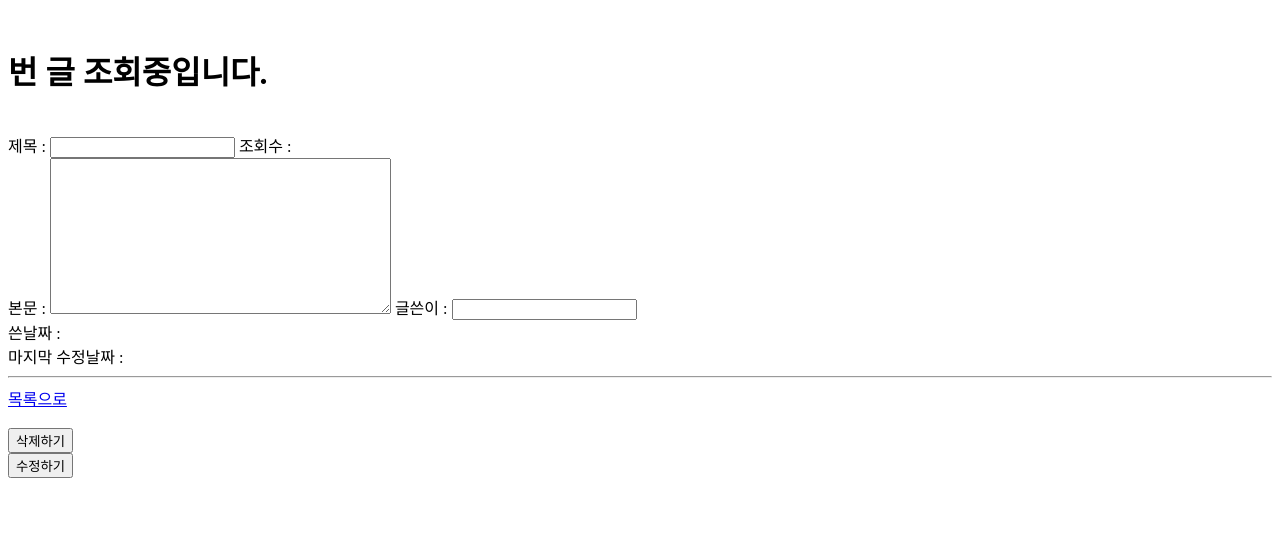
Repository: HeeMang28/jsp2
Page: http://localhost/MyFirstWeb/board/boardDetail.jsp
An editor plug-in stored every save of this project. The page is shown before and after the next save, followed by the edit.
The browser window is 1280 px wide. The pictures show the whole page.
The page is served by Tomcat 9. Other server files are loaded and not shown. The template is opened directly, without the code that normally fills it, so the values that code supplies are empty.

Above is the page before, as saved 2022-04-21 09:52:48.

### MyFirstWeb/src/main/webapp/board/boardDetail.jsp
<%@ page language="java" contentType="text/html; charset=UTF-8"
    pageEncoding="UTF-8"%>
<!DOCTYPE html>
<html>
<head>
<meta charset="UTF-8">
<title>Insert title here</title>
</head>
<body>
	${board} <br/>
	<h1>${board.boardNum }번 글 조회중입니다. </h1><br/>
	제목 : <input type="text" value="${board.title }">  조회수 : ${board.hit }<br/>
	본문 : <textarea cols="40" rows="10">${board.content } </textarea> <!--  텍스트는 괄호 밖에다가 el로 처리 -->
	글쓴이 : <input type="text" value="${board.writer }"><br/>
	쓴날짜 : ${board.bDate } <br/>
	마지막 수정날짜 : ${board.mDate }<br/>
	<hr/>
	<a href="http://localhost:8181/MyFirstWeb/boardList"><buttion>목록으로</buttion></a>
	<!--  삭제번호를 서블릿 boardDelete로 보내야함 -->
	<form action="http://localhost:8181/MyFirstWeb/boardDelete" method="post">
	<!--  삭제용 글 번호는 노출시킬 필요가 없으므로 hidden타입으로 숨겨서 보냄 -->
	<input type="hidden" name="board_num" value="${board.boardNum }"><br/>
	<input type="submit" value="삭제하기" />
	</form>
	<form action="http://localhost:8181/MyFirstWeb/boardUpdateForm" method="post">
	<input type="submit" value="수정하기">
	</form>
</body>
</html>

After the next save:
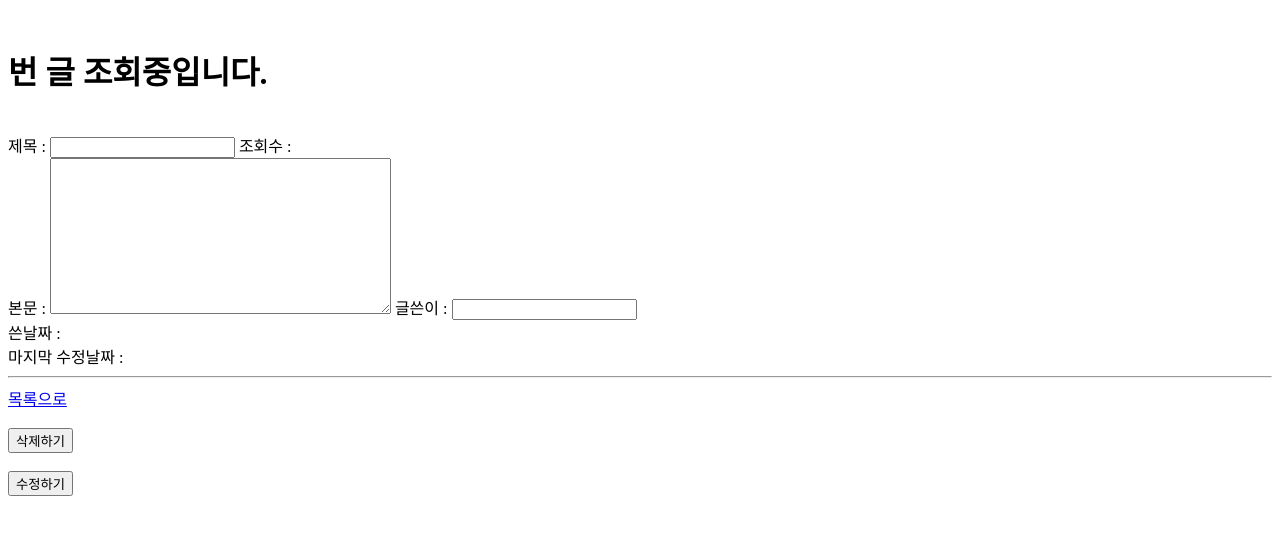
Saved 28 s later.
--- a/MyFirstWeb/src/main/webapp/board/boardDetail.jsp
+++ b/MyFirstWeb/src/main/webapp/board/boardDetail.jsp
@@ -23,6 +23,7 @@
 	<input type="submit" value="삭제하기" />
 	</form>
 	<form action="http://localhost:8181/MyFirstWeb/boardUpdateForm" method="post">
+	<input type="hidden" name="board_num" value="${board.boardNum }"><br/>
 	<input type="submit" value="수정하기">
 	</form>
 </body>
